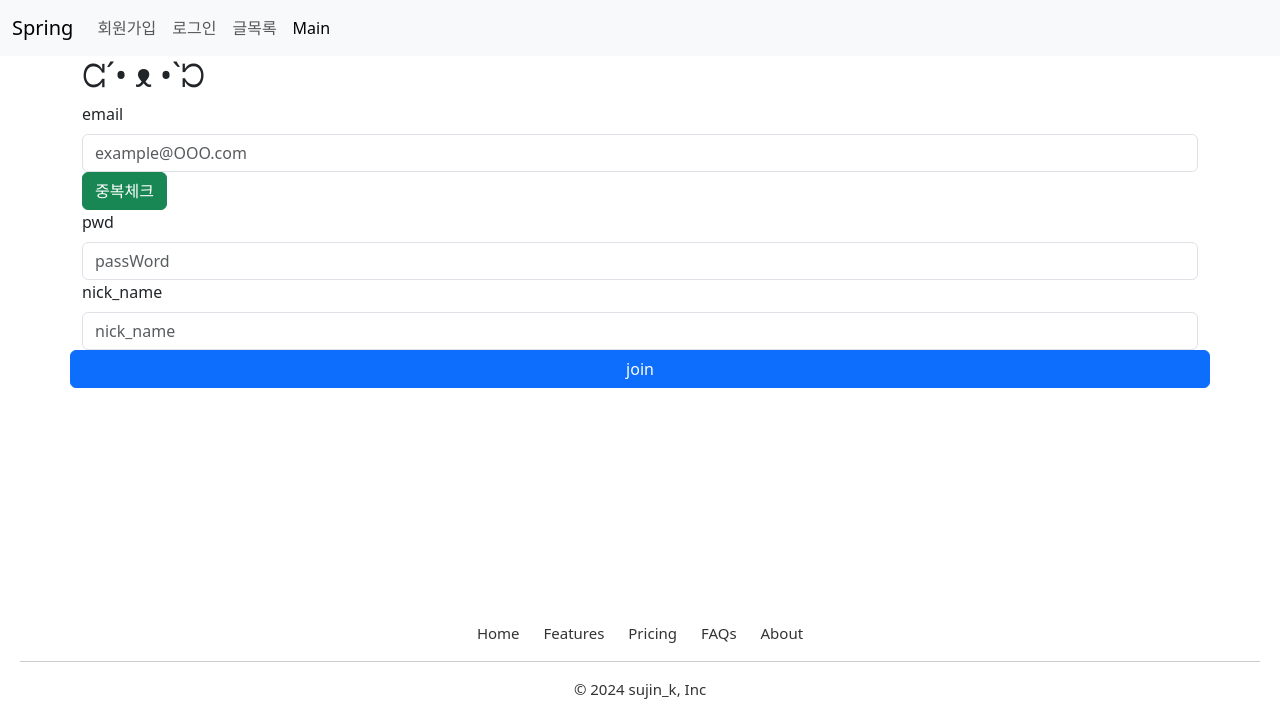
Repository: sujin1221/spring
Page: http://localhost/spring_test2/WEB-INF/views/member/register.jsp
An editor plug-in stored every save of this project. The page is shown before and after the next save, followed by the edit.
The browser window is 1280 px wide. The pictures show the whole page.
The page is served by Tomcat 9. Nobody is signed in. Other server files are loaded and not shown. The template is opened directly, without the code that normally fills it, so the values that code supplies are empty.

Above is the page before, as saved 2024-01-17 01:22:48.
Console error: TypeError: Cannot read properties of null (reading 'addEventListener')

### spring_test2/src/main/webapp/WEB-INF/views/member/register.jsp
<%@ page language="java" contentType="text/html; charset=UTF-8"
	pageEncoding="UTF-8"%>
<jsp:include page="../layout/header.jsp"></jsp:include>

<!-- email, pwd, nick_name -->
<!-- admin: 1111@naver.com으로 설정함 -->
<form action="/member/register" method="post">

	<div class="container">
    <div class="row justify-content-center">
		<br>
		<h2>ᘳ´• ᴥ •`ᘰ</h2>
		<br>

		<div class="container-md">
		<label for="e" class="form-label">email</label>
		<input
			type="email" name="email" class="form-control" id="e"
			placeholder="example@OOO.com" required="required">
		<button type="button" id="eCheck" class="btn btn-success">중복체크</button>
		</div>

		<div class="container-md">
			<label for="p" class="form-label">pwd</label> <input type="password"
				name="pwd" class="form-control" id="p" placeholder="passWord"
				required="required">
		</div>

		<div class="container-md">
			<label for="n" class="form-label">nick_name</label> <input
				type="text" name="nickName" class="form-control" id="n"
				placeholder="nick_name" required="required">
		</div>
		<br>
		<button type="submit" class="btn btn-primary" id="regBtn">join</button>
		</form>
		</div>
		</div>

<script src="/resources/js/memberRegister.js"></script>
<jsp:include page="../layout/footer.jsp"></jsp:include>

### spring_test2/src/main/webapp/WEB-INF/views/layout/header.jsp
<%@ page language="java" contentType="text/html; charset=UTF-8"
	pageEncoding="UTF-8"%>
<%@ taglib uri="http://java.sun.com/jsp/jstl/core" prefix="c"%>
<%@ taglib uri="http://www.springframework.org/security/tags"
	prefix="sec"%>
<!DOCTYPE html>
<html>
<head>
<meta charset="UTF-8">
<title>Insert title here</title>
<link
	href="https://cdn.jsdelivr.net/npm/bootstrap@5.3.1/dist/css/bootstrap.min.css"
	rel="stylesheet"
	integrity="sha384-4bw+/aepP/YC94hEpVNVgiZdgIC5+VKNBQNGCHeKRQN+PtmoHDEXuppvnDJzQIu9"
	crossorigin="anonymous">
<script
	src="https://cdn.jsdelivr.net/npm/@popperjs/core@2.11.8/dist/umd/popper.min.js"
	integrity="sha384-I7E8VVD/ismYTF4hNIPjVp/Zjvgyol6VFvRkX/vR+Vc4jQkC+hVqc2pM8ODewa9r"
	crossorigin="anonymous"></script>
<script
	src="https://cdn.jsdelivr.net/npm/bootstrap@5.3.1/dist/js/bootstrap.min.js"
	integrity="sha384-Rx+T1VzGupg4BHQYs2gCW9It+akI2MM/mndMCy36UVfodzcJcF0GGLxZIzObiEfa"
	crossorigin="anonymous"></script>
<!-- bootstrap -->
</head>
<body>
	<nav class="navbar navbar-expand-lg bg-body-tertiary">
		<div class="container-fluid">
			<a class="navbar-brand" href="#">Spring</a>
			<button class="navbar-toggler" type="button"
				data-bs-toggle="collapse" data-bs-target="#navbarSupportedContent"
				aria-controls="navbarSupportedContent" aria-expanded="false"
				aria-label="Toggle navigation">
				<span class="navbar-toggler-icon"></span>
			</button>
			<div class="collapse navbar-collapse" id="navbarSupportedContent">
				<ul class="navbar-nav me-auto mb-2 mb-lg-0">

					<!-- 로그인하고 나면 없어져야함 -->
					<sec:authorize access="isAnonymous()">
						<li class="nav-item"><a class="nav-link"
							href="/member/register">회원가입</a></li>

						<li class="nav-item"><a class="nav-link" href="/member/login">로그인</a>
						</li>
					</sec:authorize>

					<!-- 현재 인증한 사용자의 정보를 가져와서 해당 권한이 있는지 확인 -->
					<!-- 현재 사용자의 정보는 principal -->
					<!-- anyMatch: stream에서 매칭이되는지 확인하는 메서드
        (최소한 1개의 요소가 주어진 요소에 맞는지 조사) -->
					<sec:authorize access="isAuthenticated()">
						<sec:authentication property="principal.mvo.email" var="authEmail" />
						<sec:authentication property="principal.mvo.nickName"
							var="authNick" />
						<sec:authentication property="principal.mvo.authList" var="auths" />

						<c:choose>
							<c:when
								test="${auths.stream().anyMatch(authVO -> authVO.auth.equals('ROLE_ADMIN')).get()}">
								<li class="nav-item"><a class="nav-link"
									href="/member/list">회원목록 ${authNick}(${authEmail}/ADMIN)</a></li>
							</c:when>
							<c:otherwise>
								<li class="nav-item"><a class="nav-link"
									href="/member/modify">회원정보수정 ${authNick}(${authEmail})</a></li>
							</c:otherwise>
						</c:choose>

						<li class="nav-item"><a class="nav-link"
							href="/board/register">글작성</a></li>
						<li class="nav-item"><a class="nav-link"
							href="/member/logout" id="logoutLink">로그아웃</a></li>

						<form action="/member/logout" method="post" id="logoutForm">
							<!-- 인증된 이메일(로그인한 계정의) -->
							<input type="hidden" name="email" value="${authEmail}">
						</form>
					</sec:authorize>

					<li class="nav-item"><a class="nav-link" href="/board/list">글목록</a>
					</li>

					<li class="nav-item"><a class="nav-link active"
						aria-current="page" href="/">Main</a></li>

				</ul>
			</div>
		</div>
	</nav>
</body>
</html>

<script type="text/javascript">
document.getElementById('logoutLink').addEventListener('click',(e)=>{
    e.preventDefault(); //무력화
    document.getElementById('logoutForm').submit(); //전송
});
</script>

### spring_test2/src/main/webapp/WEB-INF/views/layout/footer.jsp
<%@ page language="java" contentType="text/html; charset=UTF-8" pageEncoding="UTF-8"%>
<!DOCTYPE html>
<html>
<head>
    <style>
        body {
            margin: 0;
            display: flex;
            flex-direction: column;
            min-height: 100vh;
        }

        .footer {
            margin-top: auto;
            text-align: center;
            padding: 20px;
            font-size: 15px;
            color: #333;
        }

        .footer a {
            text-decoration: none;
            margin: 0 10px;
            color: #333;
        }
    </style>
</head>
<body>
    <div class="footer">
        <a href="" target="blank">Home</a>
        <a href="" target="blank">Features</a>
        <a href="" target="blank">Pricing</a>
        <a href="" target="blank">FAQs</a>
        <a href="" target="blank">About</a>
        <hr>
        © 2024 sujin_k, Inc
    </div>
</body>
</html>

### spring_test2/src/main/webapp/resources/js/memberRegister.js
console.log("memberRegister js in");

var compare_result = false;

//비밀번호중복여부확인
function fn_compare_pwd() {
    let pwd1 = document.getElementById('p');
    let pwd2 = document.getElementById('pCheck');
    let messageContainer = document.getElementById('password-match-message');

    if (pwd1.value === pwd2.value) {
        compare_result = true;
        messageContainer.innerHTML = "비밀번호가 일치합니다.";
        messageContainer.style.color = "green";
    } else {
        compare_result = false;
        messageContainer.innerHTML = "비밀번호가 일치하지 않습니다.";
        messageContainer.style.color = "red";
    }
}

//중복이 있다면 버튼이 비활성화되도록 설정
function checkFormValidity(){
    let joinBtn = document.getElementById('regBtn');
    let pwd = document.getElementById('p');
    let pwd2 = document.getElementById('pCheck');
    if(compare_result && pwd.value == pwd2.value){
        //결과가 true일때는 활성화 아닐시 비활성화 처리
        joinBtn.disabled = false; //활성화
    } else {
        joinBtn.disabled = true; //비활성화
    }
}

//이메일중복여부확인
document.getElementById('eCheck').addEventListener('click',()=>{
    let email = document.getElementById('e').value;
    let messageContainer = document.getElementById('email-match-message');
    emailCheckToServer(email).then(result => {
        console.log(result);
        if(result === '1'){
            messageContainer.innerHTML = "이미 존재하는 아이디입니다.";
            messageContainer.style.color = "red";
            compare_result = false;
        } else {
            messageContainer.innerHTML = "가입이 가능한 아이디입니다.";
            messageContainer.style.color = "green";
            compare_result = true;
        }
        checkFormValidity();
    })
})

//이메일 중복여부 확인
async function emailCheckToServer(email){
    try {
        const url = "/member/check/"+email;
        const resp = await fetch(url);
        const result = resp.text();
        return result;
    } catch (error) {
        console.log(error);
    }

}

After the next save:
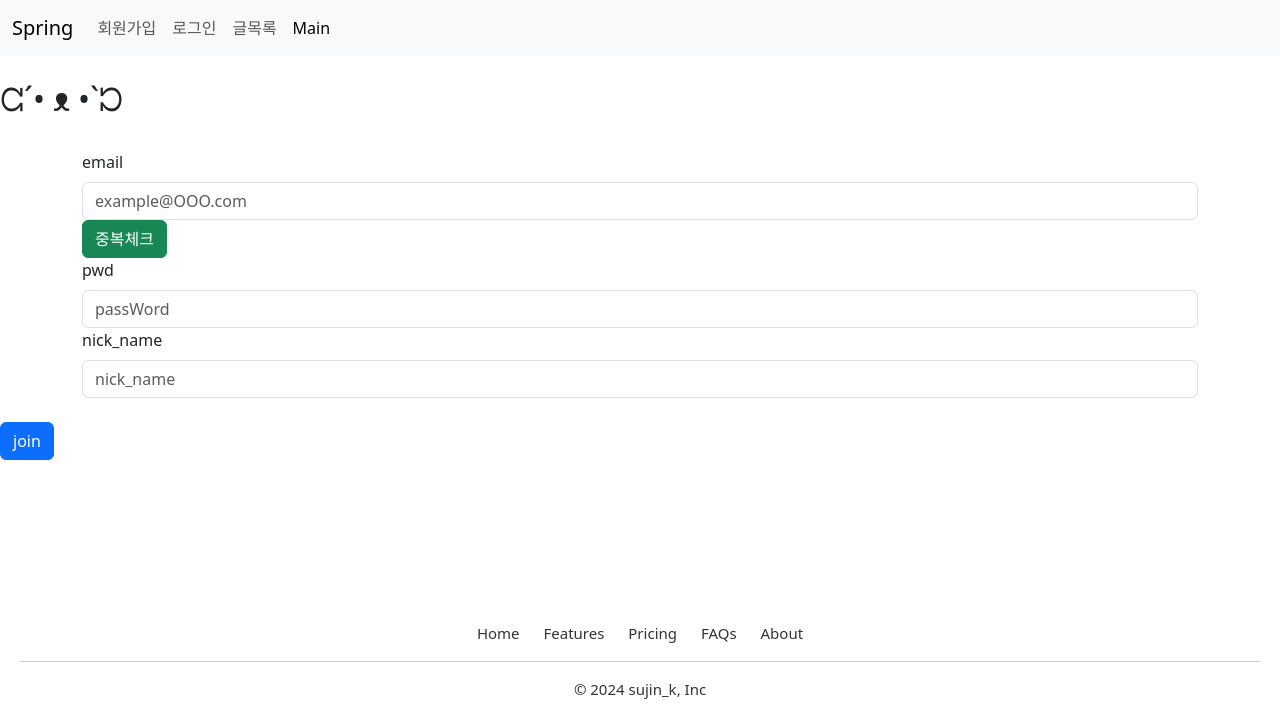
Saved 25 s later.
--- a/spring_test2/src/main/webapp/WEB-INF/views/member/register.jsp
+++ b/spring_test2/src/main/webapp/WEB-INF/views/member/register.jsp
@@ -6,8 +6,6 @@
 <!-- admin: 1111@naver.com으로 설정함 -->
 <form action="/member/register" method="post">
 
-	<div class="container">
-    <div class="row justify-content-center">
 		<br>
 		<h2>ᘳ´• ᴥ •`ᘰ</h2>
 		<br>
@@ -34,8 +32,7 @@
 		<br>
 		<button type="submit" class="btn btn-primary" id="regBtn">join</button>
 		</form>
-		</div>
-		</div>
+
 
 <script src="/resources/js/memberRegister.js"></script>
 <jsp:include page="../layout/footer.jsp"></jsp:include>
